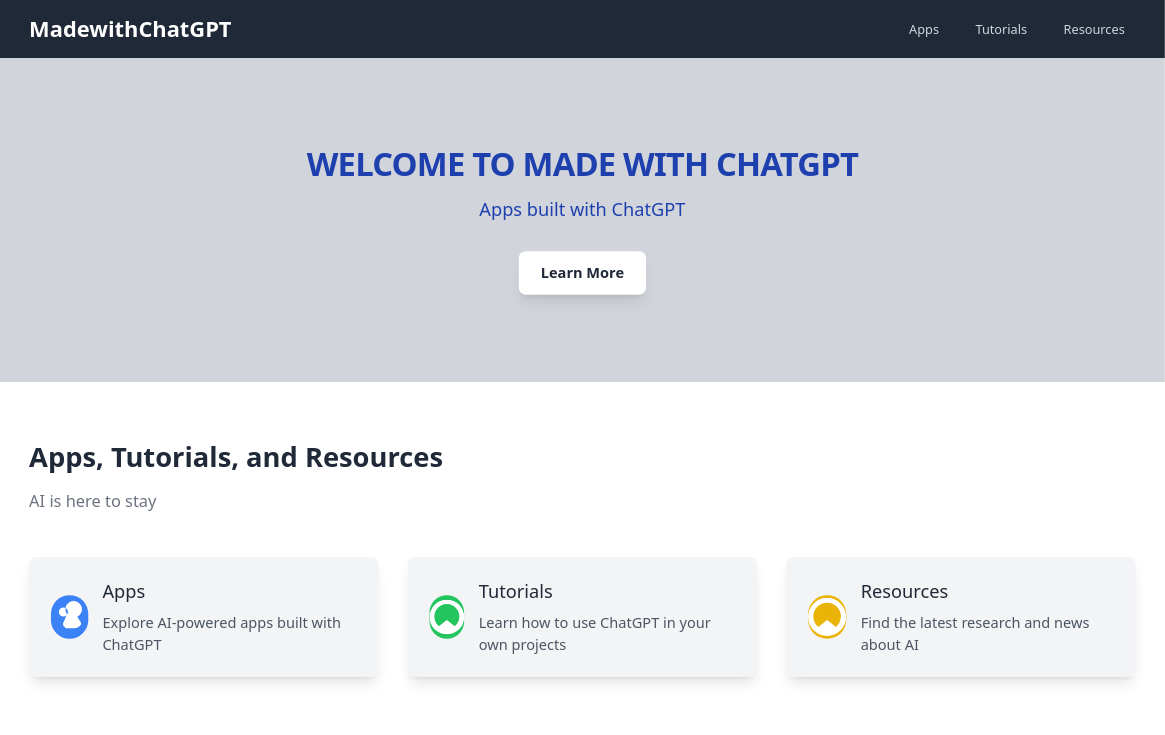
Repository: buzzedison/madewithchatgpt
Page: /
An editor plug-in stored every save of this project. The page is shown before and after the next save, followed by the edit.
The browser window is 1280 px wide. The pictures show the whole page, at 91% of full size.
The project was rebuilt for these pictures with package versions that can differ from the ones it lists, and the page was loaded fresh each time. The framework's server and built-in components were replaced by stand-ins that run in the browser. Also part of the build but not shown: svelte.config.js, vite.config.js.

Above is the page before, as saved 2023-03-17 09:37:28.

After the next save:
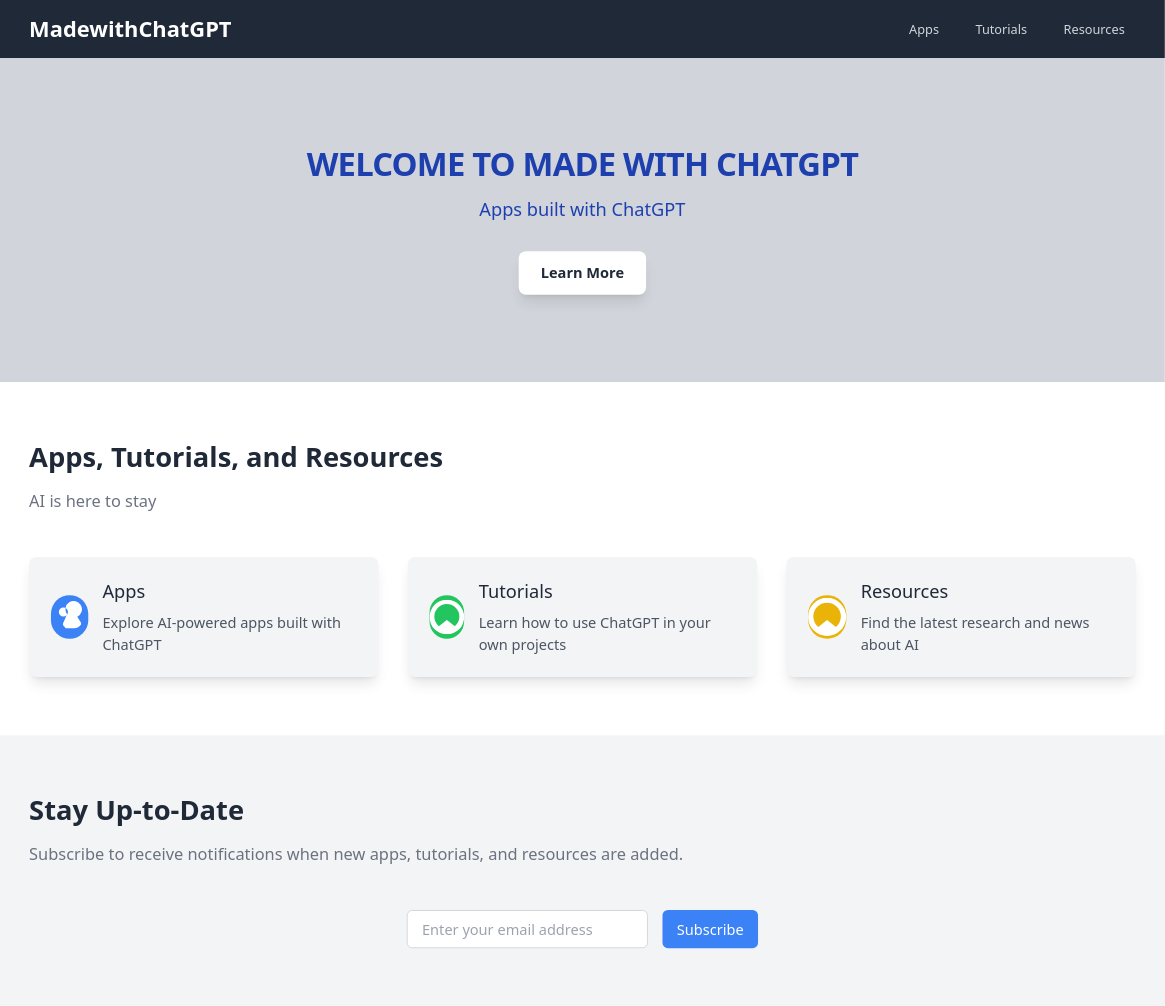
Saved 27 s later.
--- a/src/routes/+page.svelte
+++ b/src/routes/+page.svelte
@@ -1,10 +1,12 @@
 <script>
   import Hero from "../components/Hero.svelte";
   import Section from "../components/Section.svelte";
+  import Email from "../components/Email.svelte";
 </script>
 
 <div>
   <Hero />
   <Section />
+  <Email />
   <slot />
 </div>
